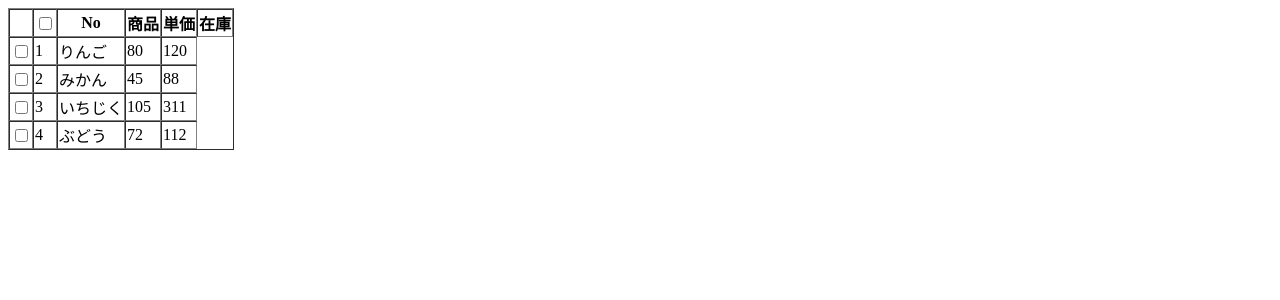
Repository: nathox/backup
Page: http://localhost/Favorite/s.jsp
These files come from the project's save history. The page is drawn as it stood at one moment and after the next save; the edit follows.
The browser window is 1280 px wide. The pictures show the whole page.
The page is served by Tomcat 9. Other server files are loaded and not shown.

Above is the page before, as saved 2018-02-07 07:28:40.

### Favorite/WebContent/s.jsp
<%@ page language="java" contentType="text/html; charset=UTF-8"
    pageEncoding="UTF-8"%>
<!DOCTYPE html PUBLIC "-//W3C//DTD HTML 4.01 Transitional//EN" "http://www.w3.org/TR/html4/loose.dtd">
<html>
<head>
<meta http-equiv="Content-Type" content="text/html; charset=UTF-8">
<title>Insert title here</title>
</head>
<body>

 <table border="1" cellspacing="0">
        <thead id="hoge-head">
            <tr>
                <td><th><input type="checkbox"></th></td>
                <th>No</th>
                <th>商品</th>
                <th>単価</th>
                <th>在庫</th>
            </tr>
        </thead>
        <tbody id="hoge-body">
            <tr>
                <td><input type="checkbox"></td>
                <td>1</td>
                <td>りんご</td>
                <td>80</td>
                <td>120</td>
            </tr>
            <tr>
                <td><input type="checkbox"></td>
                <td>2</td>
                <td>みかん</td>
                <td>45</td>
                <td>88</td>
            </tr>
            <tr>
                <td><input type="checkbox"></td>
                <td>3</td>
                <td>いちじく</td>
                <td>105</td>
                <td>311</td>
            </tr>
            <tr>
                <td><input type="checkbox"></td>
                <td>4</td>
                <td>ぶどう</td>
                <td>72</td>
                <td>112</td>
            </tr>
        </tbody>
    </table>











</body>
</html>

After the next save:
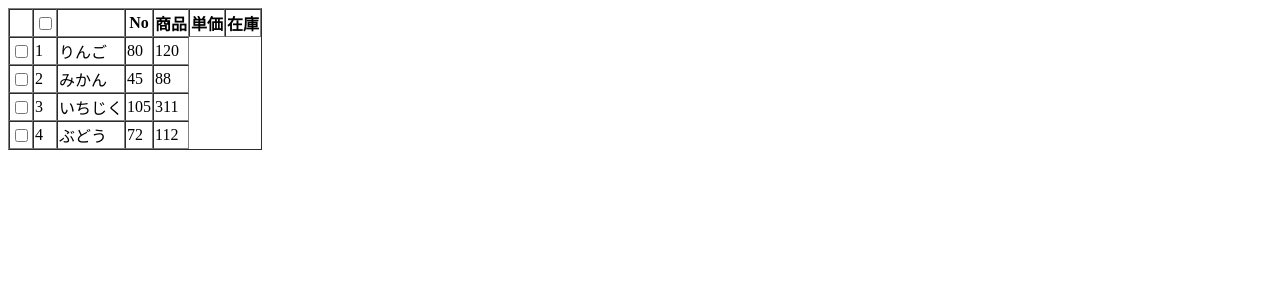
Saved 100 s later.
--- a/Favorite/WebContent/s.jsp
+++ b/Favorite/WebContent/s.jsp
@@ -12,7 +12,7 @@
         <thead id="hoge-head">
             <tr>
                 <td><th><input type="checkbox"></th></td>
-                <th>No</th>
+                <td><th>No</th></td>
                 <th>商品</th>
                 <th>単価</th>
                 <th>在庫</th>
